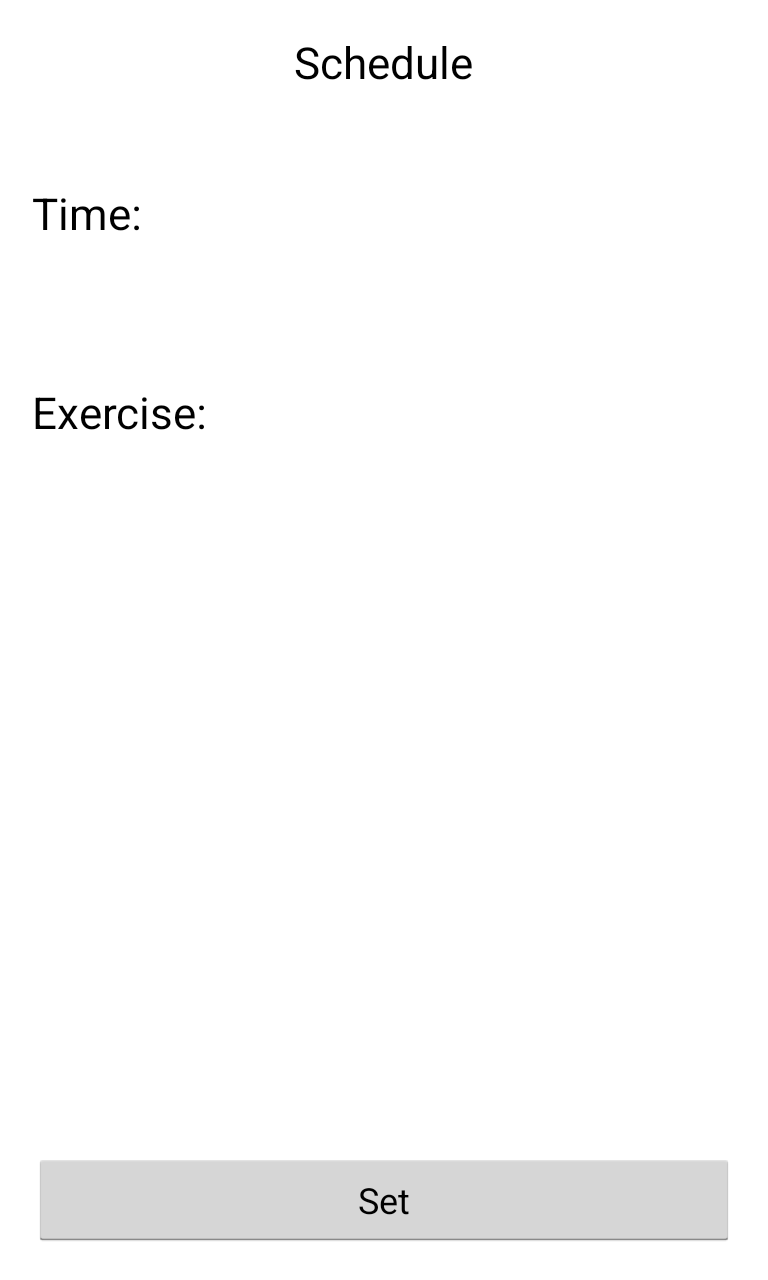
Repository: zi-yang-zhang/ECSE424-Group8
Layout: Hi Fi Prototype/ReHand/ReHand/res/layout/activity_schedule_page.xml
The author's editor kept a copy of each file at every save. The layout is drawn from the files as they stood at one save, then again after the next save.
It is drawn on a 768 x 1280 px phone screen (xhdpi) without system bars, with theme AppTheme; the app's code is not run.

Above is the layout before, as saved 2014-02-20 04:54:57.

After the next save:
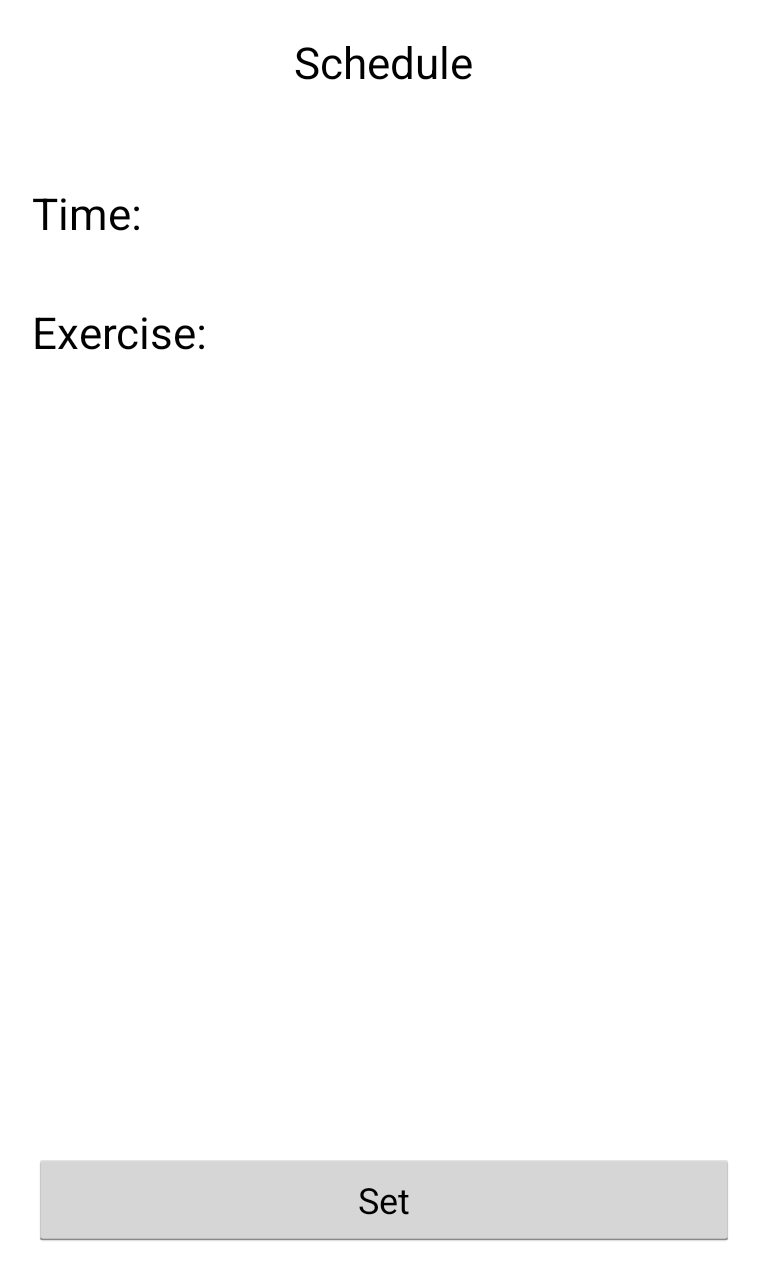
Saved 8 s later.
--- a/Hi Fi Prototype/ReHand/ReHand/res/layout/activity_schedule_page.xml
+++ b/Hi Fi Prototype/ReHand/ReHand/res/layout/activity_schedule_page.xml
@@ -27,16 +27,6 @@
         android:text="@string/schedule_set" />
 
     <TextView
-        android:id="@+id/textView2"
-        android:layout_width="wrap_content"
-        android:layout_height="wrap_content"
-        android:layout_alignParentLeft="true"
-        android:layout_below="@+id/textView1"
-        android:layout_marginTop="70dp"
-        android:text="@string/schedule_exercise"
-        android:textAppearance="?android:attr/textAppearanceLarge" />
-
-    <TextView
         android:id="@+id/textView1"
         android:layout_width="wrap_content"
         android:layout_height="wrap_content"
@@ -46,4 +36,14 @@
         android:text="@string/schedule_time"
         android:textAppearance="?android:attr/textAppearanceLarge" />
 
+    <TextView
+        android:id="@+id/textView2"
+        android:layout_width="wrap_content"
+        android:layout_height="wrap_content"
+        android:layout_alignParentLeft="true"
+        android:layout_below="@+id/textView1"
+        android:layout_marginTop="30dp"
+        android:text="@string/schedule_exercise"
+        android:textAppearance="?android:attr/textAppearanceLarge" />
+
 </RelativeLayout>
